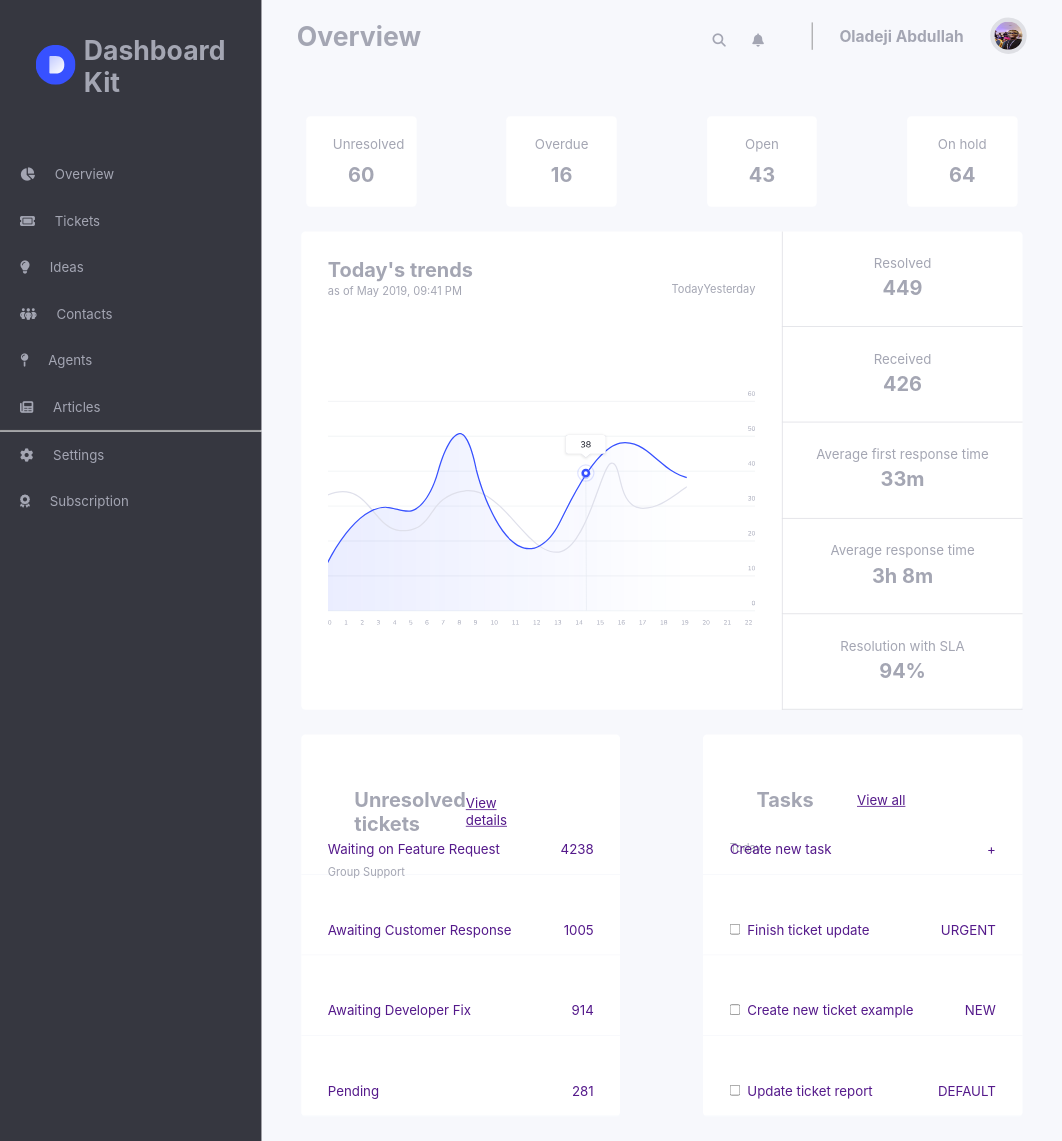
Repository: BuduCE/dashboard
Page: /
The author's editor kept a copy of each file at every save. The page is drawn from the files as they stood at one save, then again after a run of saves.
The browser window is 1280 px wide. The pictures show the whole page, at 83% of full size.
Some web libraries are served in a nearby version. The project was rebuilt for these pictures with package versions that can differ from the ones it lists, and the page was loaded fresh each time. Also part of the build but not shown: src/pages/Tickets/index.jsx.

Above is the page before, as saved 2022-08-05 23:46:18.

After the next 4 saves:
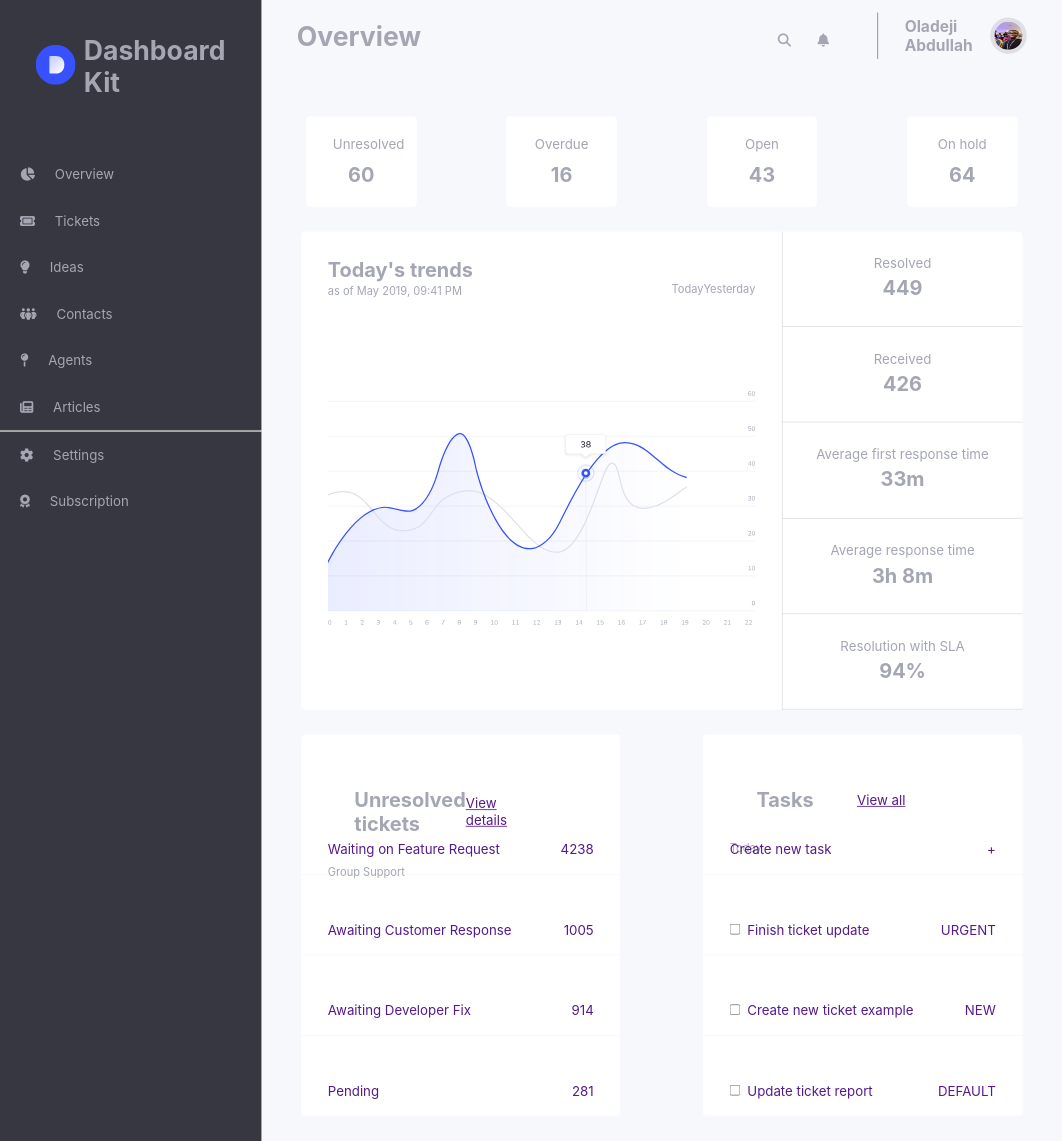
The 4 saves are shown as one change because they came seconds apart.
The last was saved 2 min 33 s later.
--- a/src/components/common/SideNav/styles.css
+++ b/src/components/common/SideNav/styles.css
@@ -2,6 +2,9 @@
     display: grid;
     grid-template-columns: 1fr 5fr;
     color: #A4A6B3;
+}
+.dashboard h3{
+    width: 8.5rem;
 }
 .navbar{
     padding: 41px 0;
